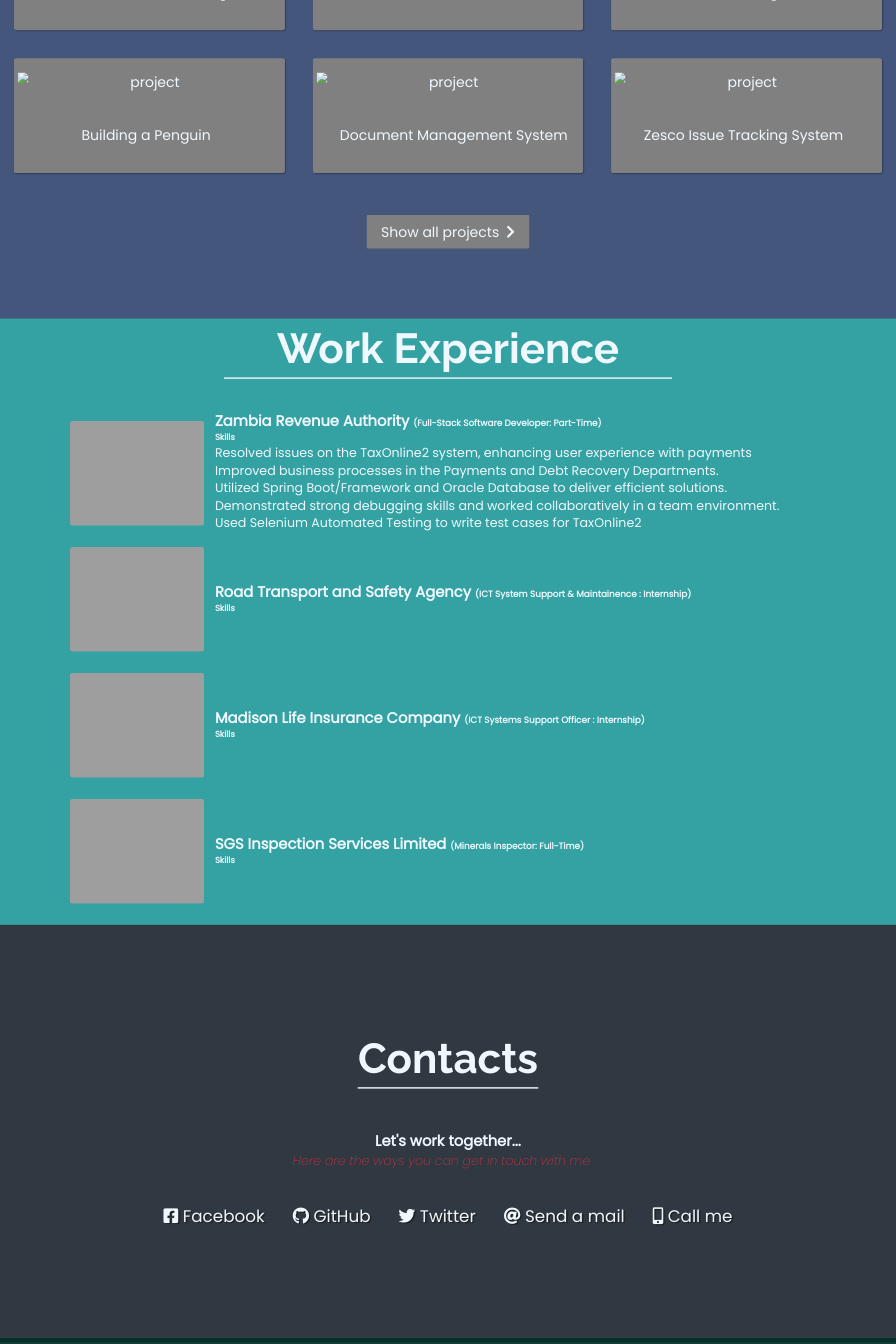
Repository: Lungdjos/personal_portifolio
Page: html/index.html
These files come from the project's save history. The page is drawn as it stood at one moment and after the next save; the edit follows.
The browser window is 1280 px wide. The pictures show the part of the page from y = 1143 to 3063 px (the page is 3144 px tall), at 70% of full size.
Pictures or frames that could not be fetched are drawn as grey boxes. Some web libraries are served in a nearby version.

Above is the page before, as saved 2024-02-04 02:22:02.

After the next save:
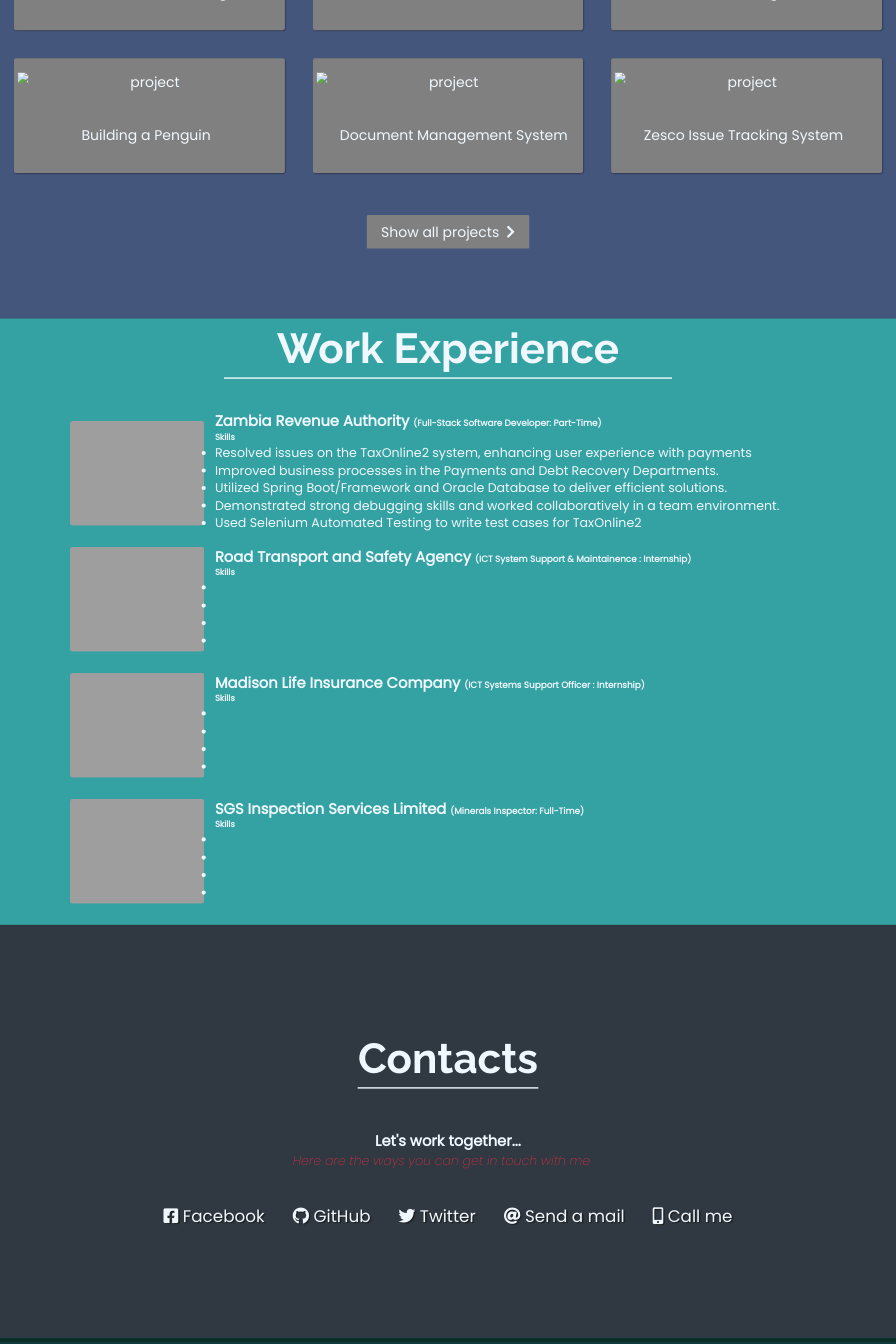
Saved 10 s later.
--- a/css/styles.css
+++ b/css/styles.css
@@ -138,7 +138,7 @@ nav>ul {
     margin: 0 auto;
 }
 
-main>li {
+main li {
     list-style-type: disc;
 }
 
